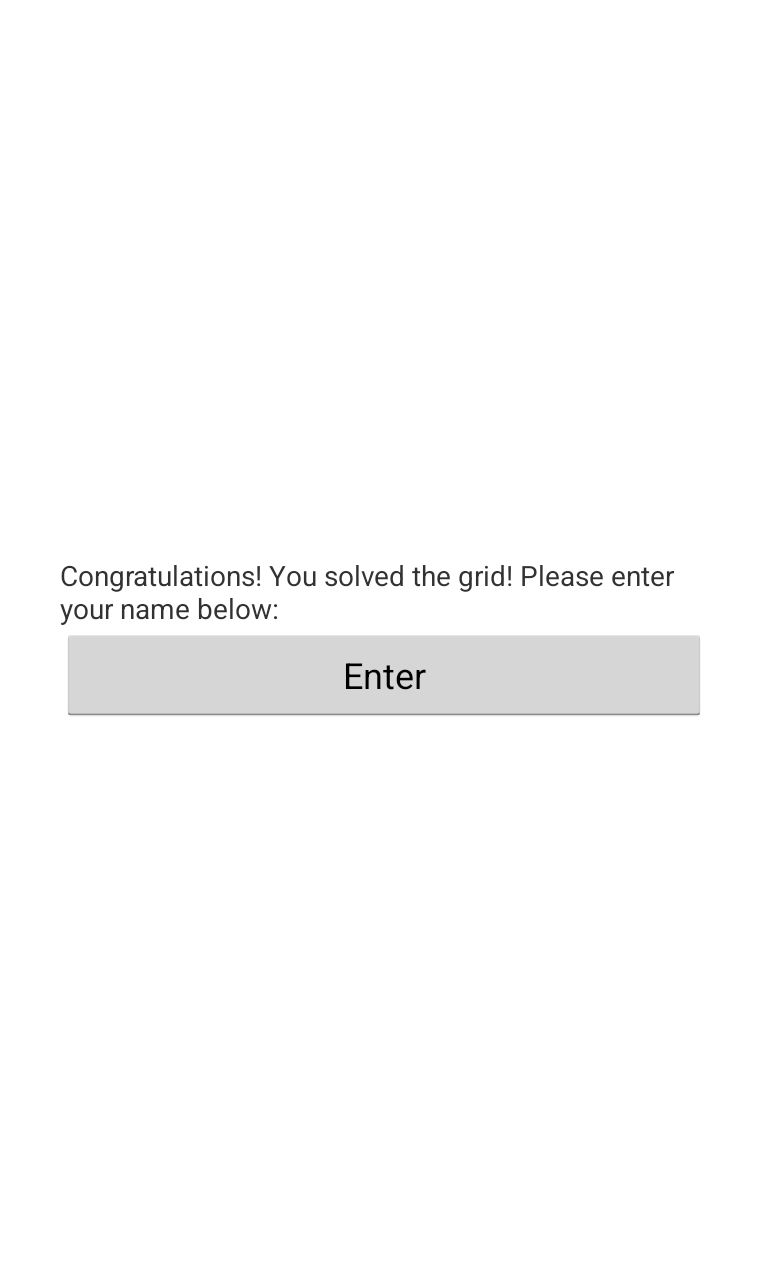
Repository: rickydalziel/project
Layout: Numbersorter/res/layout/activity_win.xml
The author's editor kept a copy of each file at every save. The layout is drawn from the files as they stood at one save, then again after the next save.
It is drawn on a 768 x 1280 px phone screen (xhdpi) without system bars, with theme AppTheme; the app's code is not run.

Above is the layout before, as saved 2013-03-12 12:04:27.

After the next save:
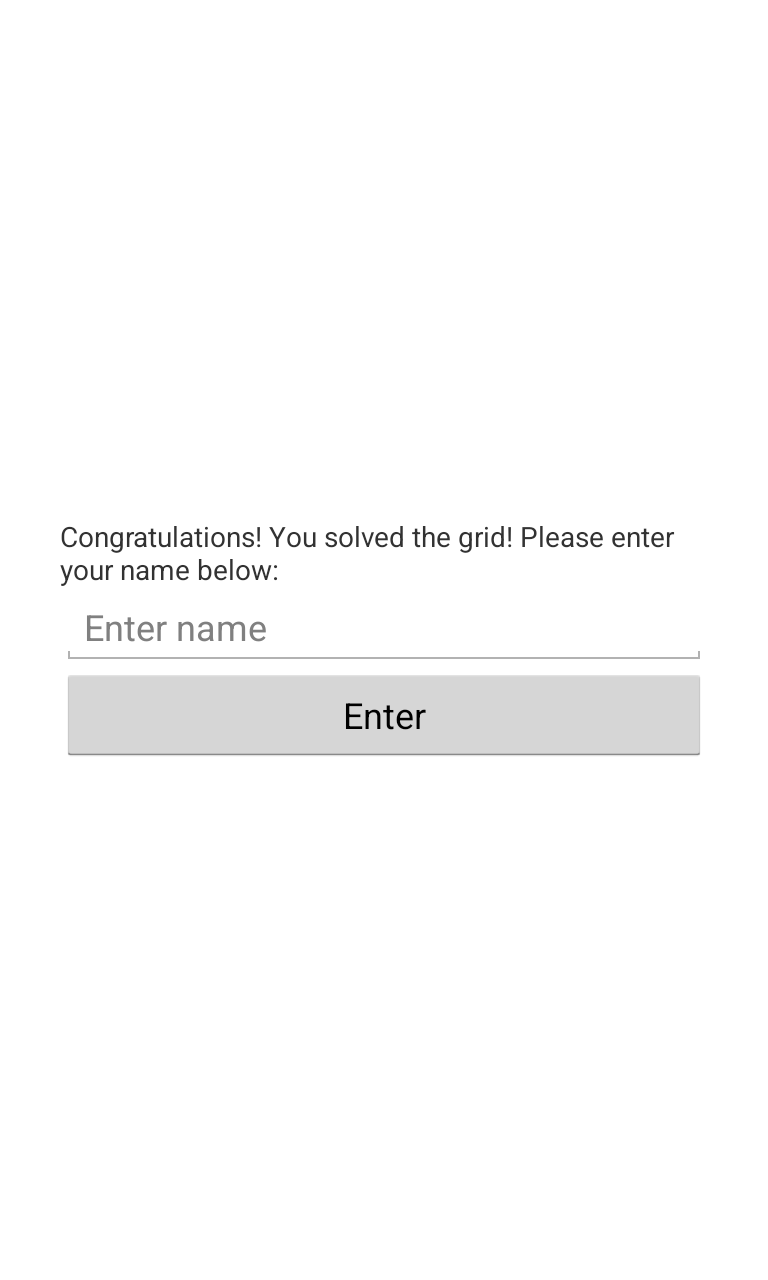
Saved 49 s later.
--- a/Numbersorter/res/layout/activity_win.xml
+++ b/Numbersorter/res/layout/activity_win.xml
@@ -20,8 +20,8 @@
 
 
         <EditText
-        android:layout_height="0dp"
-        android:layout_width="0dp"
+        android:layout_height="wrap_content"
+        android:layout_width="fill_parent"
         android:id="@+id/edit_message"
         android:layout_gravity="center"
         android:hint="@string/enter_name" />
